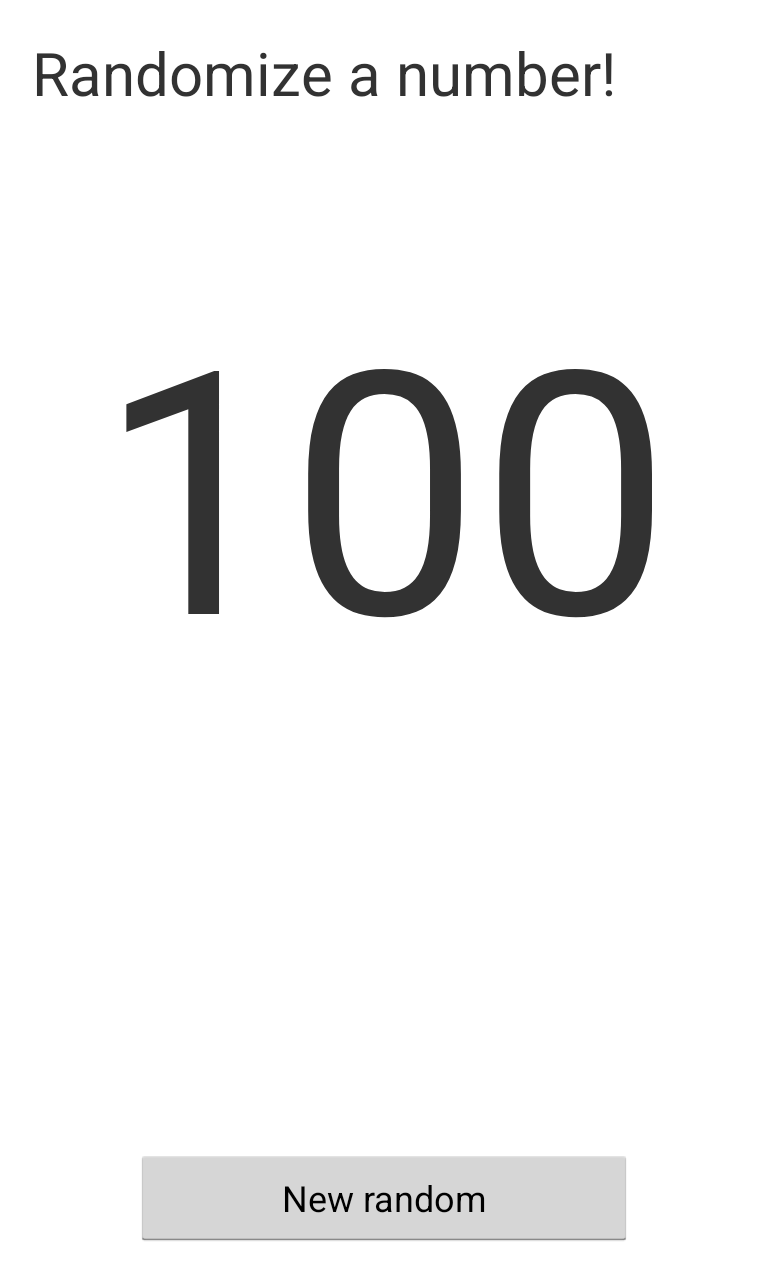
Repository: me222rs/AndroidLab1
Layout: Lab1/res/layout/activity_main.xml
These files come from the project's save history. The layout is drawn as it stood at one moment and after the next save; the edit follows.
It is drawn on a 768 x 1280 px phone screen (xhdpi) without system bars, with theme AppTheme; the app's code is not run.

Above is the layout before, as saved 2014-11-17 12:58:37.

After the next save:
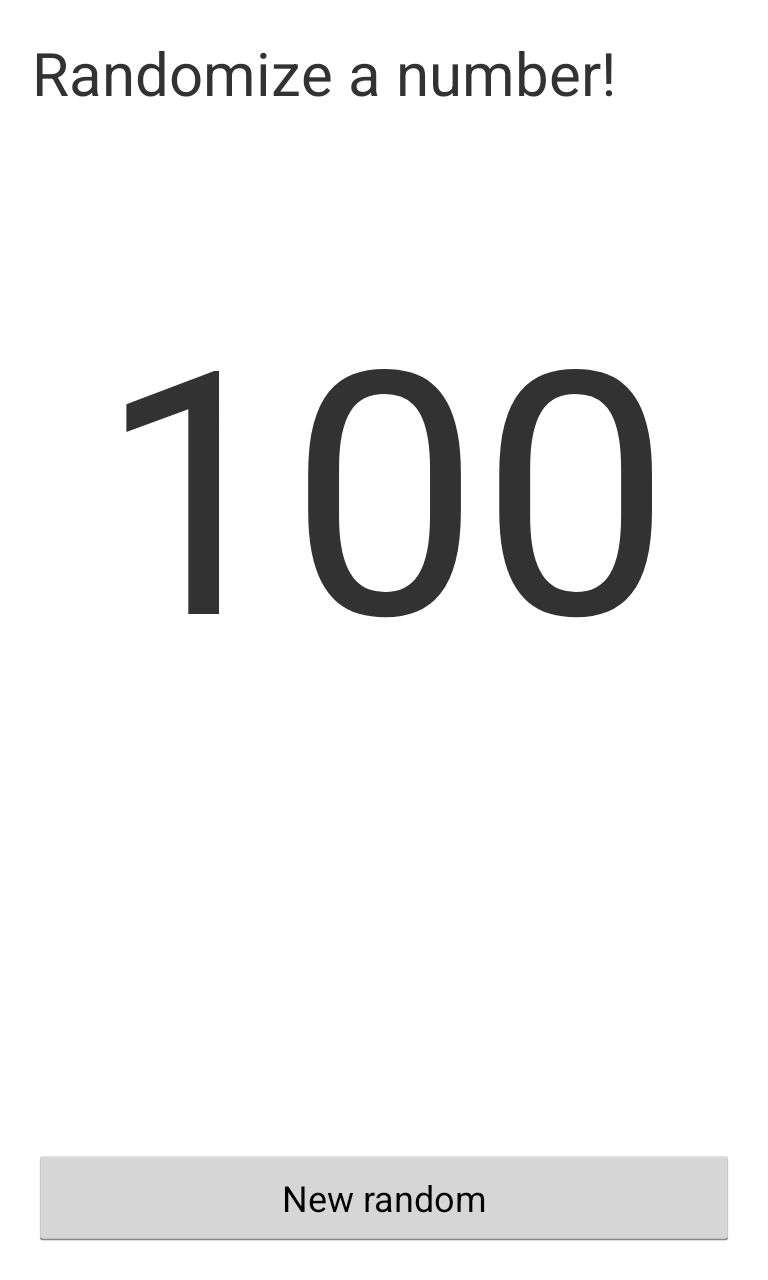
Saved 2 min 0 s later.
--- a/Lab1/res/layout/activity_main.xml
+++ b/Lab1/res/layout/activity_main.xml
@@ -36,7 +36,7 @@
         android:layout_centerHorizontal="true"
         android:layout_marginTop="150dp"
     	android:layout_height="50dp"
-     	android:layout_width="250dp"
+     	android:layout_width="match_parent"
     	android:text="New random"
     	android:layout_gravity="center"
 
